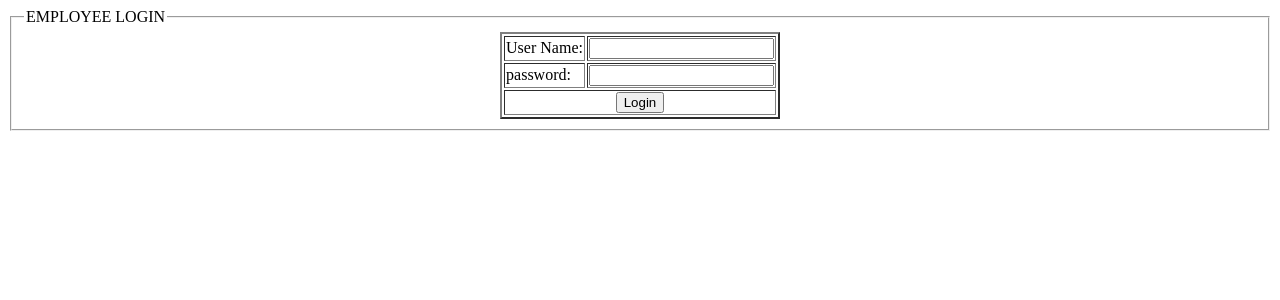
Repository: avinashporwal2607/Manthan-ELF-16th-October-Avinash-Porwal
Page: WORKSPACE/empwebapp/WebContent/Login.html
An editor plug-in stored every save of this project. The page is shown before and after the next save, followed by the edit.
The browser window is 1280 px wide. The pictures show the whole page.

Above is the page before, as saved 2019-11-22 11:19:10.

After the next save:
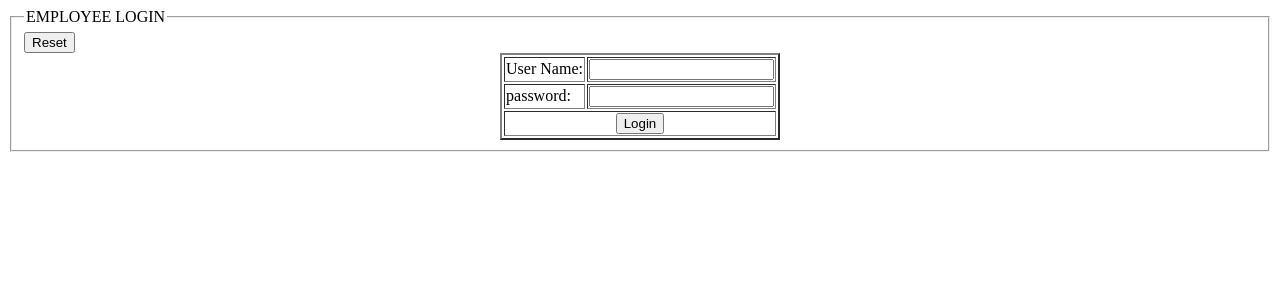
Saved 113 s later.
--- a/WORKSPACE/empwebapp/WebContent/Login.html
+++ b/WORKSPACE/empwebapp/WebContent/Login.html
@@ -22,6 +22,7 @@
 
 				<td colspan="3" align="center">
 				<input type=submit value='Login'></td>
+				<input type="reset" value='Reset'>
 			</tr>
 		</table>
 </form>
